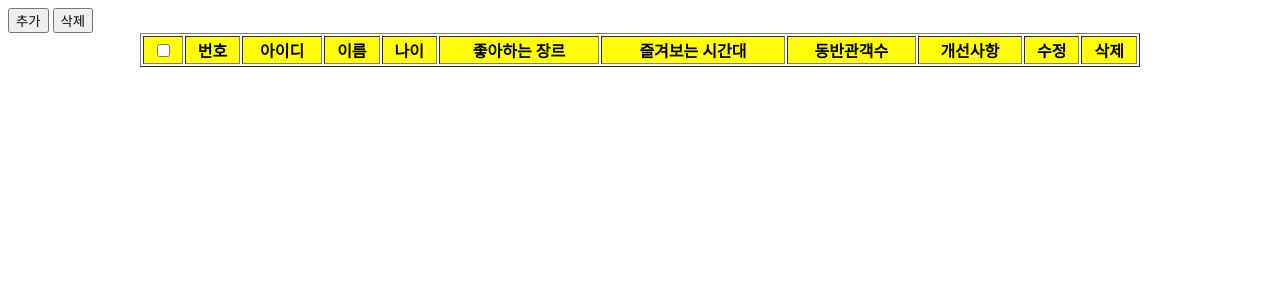
Repository: uj06134/Metabuild_JSP
Page: http://localhost/05_JDBC_movie/select.jsp
These files come from the project's save history. The page is drawn as it stood at one moment and after the next save; the edit follows.
The browser window is 1280 px wide. The pictures show the whole page.
The page is served by Tomcat 9. Other server files are loaded and not shown. Queries for data that is not in the repository find no rows.

Above is the page before, as saved 2025-09-12 08:10:26.

### 05_JDBC_movie/src/main/webapp/select.jsp
<%@ page language="java" contentType="text/html; charset=UTF-8"
    pageEncoding="UTF-8"%>
<%@ page import = "java.util.*" %>
<%@ page import = "myPkg.*" %>

<!-- MovieDao 객체 생성 -->
<jsp:useBean id="bdao" class="myPkg.MovieDao"/>

<!-- getAllMovie 메서드 호출 -->
<%
	ArrayList<MovieBean> list = bdao.getAllMovie();
%>

<style type="text/css">
    table {
        width: 1000px;
        margin: auto;
        text-align: center;
    }

    table th {
        background-color: Yellow;
    }
</style>
<script type="text/javascript">
	function allDelete(obj){
		rowcheck = document.getElementsByName("rowcheck");
		if(obj.checked){
			for(i=0;i<rowcheck.length;i+=1){
				rowcheck[i].checked = true;
			}
		}else{
			for(i=0;i<rowcheck.length;i+=1){
				rowcheck[i].checked = false;
			}
		}
	}// allDelete

	function selectDelete(){
		rowObj = document.getElementsByName("rowCheck");
        for(i=0; i<rowObj.length;i++){
            if(rowObj[i].checked){
                document.myform.submit();
                return;
            }
        }
        alert("check 하나라도 선택하세요.");
	}
</script>

<input type="button" value="추가" onClick="location.href='insertForm.jsp'">
<input type="button" value="삭제" onClick="selectDelete()">
<table border ="1">
	<tr>
		<th><input type="checkbox" name="allcheck" onClick="allDelete()"></th>
		<th>번호</th>
		<th>아이디</th>
		<th>이름</th>
		<th>나이</th>
		<th>좋아하는 장르</th>
		<th>즐겨보는 시간대</th>
		<th>동반관객수</th>
		<th>개선사항</th>
		<th>수정</th>
		<th>삭제</th>
	</tr>
		<%for(MovieBean mb : list){%>
		<tr>
			<td><input type="checkbox" name="rowcheck"></td>
			<td><%= mb.getNum()%></td>
			<td><%= mb.getId() %></td>
			<td><%= mb.getName() %></td>
			<td><%= mb.getAge() %></td>
			<td><%= mb.getGenre() %></td>
			<td><%= mb.getTime() %></td>
			<td><%= mb.getPartner() %></td>
			<td><%= mb.getMemo()%></td>
			<td><a href = "updateForm.jsp?num=<%= mb.getNum() %>">수정</a></td>
			<td><a href = "deleteProc.jsp?num=<%= mb.getNum() %>">삭제</a></td>

		</tr>
		<%} %>
</table>

### 05_JDBC_movie/src/main/java/myPkg/MovieDao.java
package myPkg;

import java.sql.Connection;
import java.sql.DriverManager;
import java.sql.PreparedStatement;
import java.sql.ResultSet;
import java.sql.SQLException;
import java.util.ArrayList;

public class MovieDao {
	String driver = "oracle.jdbc.driver.OracleDriver";
    String url = "jdbc:oracle:thin:@localhost:1521:orcl";
    String id = "sqlid";
    String pw = "sqlpw";
    Connection conn = null;
    PreparedStatement ps = null;
	ResultSet rs = null;

	public MovieDao() {
		try {
			Class.forName(driver);
			System.out.println("드라이버 성공");
		} catch (ClassNotFoundException e) {
			e.printStackTrace();
		}
	}

	public void getConnection() {
		try {
			conn = DriverManager.getConnection(url, id, pw);
			System.out.println("접속 성공");
		} catch (SQLException e) {
			e.printStackTrace();
		}
	}

	public ArrayList<MovieBean> getAllMovie() {
		getConnection();
		ArrayList<MovieBean> list = new ArrayList<MovieBean>();
		try {
			String sql = "select * from movie order by num";
			ps = conn.prepareStatement(sql);
			rs = ps.executeQuery();

			while(rs.next()) {
				int num = rs.getInt("num");
				String id = rs.getString("id");
				String name = rs.getString("name");
				int age = rs.getInt("age");
				String genre = rs.getString("genre");
				String time = rs.getString("time");
				int partner = rs.getInt("partner");
				String memo = rs.getString("memo");

				MovieBean mb = new MovieBean(num, id, name, age, genre, time, partner, memo);

				list.add(mb);
			}
		} catch (SQLException e) {
			e.printStackTrace();
		} finally {
			try {
				if(rs != null)
					rs.close();
				if(ps != null)
					ps.close();
				if(conn != null)
					conn.close();
			} catch(SQLException e) {
				e.printStackTrace();
			}
		}
		return list;
	}// getAllMovie

	public int insertMovie(MovieBean mb) {
		getConnection();
		int cnt = -1;
		String sql = "insert into movie values(mv_seq.nextval, ?, ?, ?, ?, ?, ?, ?)";
		try {
			ps = conn.prepareStatement(sql);
			ps.setString(1, mb.getId());
			ps.setString(2, mb.getName());
			ps.setInt(3, mb.getAge());
			ps.setString(4, mb.getGenre());
			ps.setString(5, mb.getTime());
			ps.setInt(6, mb.getPartner());
			ps.setString(7, mb.getMemo());

			cnt = ps.executeUpdate();
		} catch (SQLException e) {
			e.printStackTrace();
		} finally {
			try {
				if(ps != null)
					ps.close();
				if(conn != null)
					conn.close();
			} catch(SQLException e) {
				e.printStackTrace();
			}
		}
		return cnt;
	}// insertMovie

	public MovieBean getMovieByNum(String num) {
		getConnection();
		MovieBean mb = null;
		try {
			String sql = "select * from movie where num = ?";
			ps = conn.prepareStatement(sql);
			ps.setInt(1, Integer.parseInt(num));
			rs = ps.executeQuery();
			if(rs.next()) {
				int num2 = rs.getInt("num");
				String id = rs.getString("id");
				String name = rs.getString("name");
				int age = rs.getInt("age");
				String genre = rs.getString("genre");
				String time = rs.getString("time");
				int partner = rs.getInt("partner");
				String memo = rs.getString("memo");

				mb = new MovieBean(num2, id, name, age, genre, time, partner, memo);

			}
		} catch (SQLException e) {
			e.printStackTrace();
		} finally {
			try {
				if(rs != null)
					rs.close();
				if(ps != null)
					ps.close();
				if(conn != null)
					conn.close();
			} catch(SQLException e) {
				e.printStackTrace();
			}
		}
		return mb;
	}// getMovieByNum

	public int updateMovie(MovieBean mb) {
		getConnection();
		int cnt = -1;
		try {
			String sql = "update movie set id=?, name=?, age=?, genre=?, time=?, partner=?, memo=? where num=?";
			ps = conn.prepareStatement(sql);
			ps.setString(1, mb.getId());
			ps.setString(2, mb.getName());
			ps.setInt(3, mb.getAge());
			ps.setString(4, mb.getGenre());
			ps.setString(5, mb.getTime());
			ps.setInt(6, mb.getPartner());
			ps.setString(7, mb.getMemo());
			ps.setInt(8, mb.getNum());

			cnt = ps.executeUpdate();

		} catch (SQLException e) {
			e.printStackTrace();
		} finally {
			try {
				if(ps != null)
					ps.close();
				if(conn != null)
					conn.close();
			} catch(SQLException e) {
				e.printStackTrace();
			}
		}
	return cnt;
	}// updateMovie

	public boolean searchId(String userid){
		getConnection();
		boolean flag = false;
		try {
			String sql = "select * from movie where id=?";
			ps = conn.prepareStatement(sql);
			ps.setString(1, userid);
			rs = ps.executeQuery();
			while(rs.next()) {
				flag = true; // 이미 존재
			}
		} catch (SQLException e) {
			e.printStackTrace();
		} finally {
			try {
				if(rs != null)
					rs.close();
				if(ps != null)
					ps.close();
				if(conn != null)
					conn.close();
			} catch(SQLException e) {
				e.printStackTrace();
			}
		}
		return flag;
	}// searchId

	public int deleteMovie(String num) {
        getConnection();
        int cnt = -1;
        try {
        	String sql = "delete from movie where num = ?";
            ps = conn.prepareStatement(sql);
            ps.setInt(1, Integer.parseInt(num));
            cnt = ps.executeUpdate();
        } catch (SQLException e) {
            e.printStackTrace();
        }finally {
            try {
                if(conn != null) conn.close();
                if(ps != null) ps.close();
            } catch (SQLException e) {
                e.printStackTrace();
            }
        }
        return cnt;
    }// deleteMovie

}

After the next save:
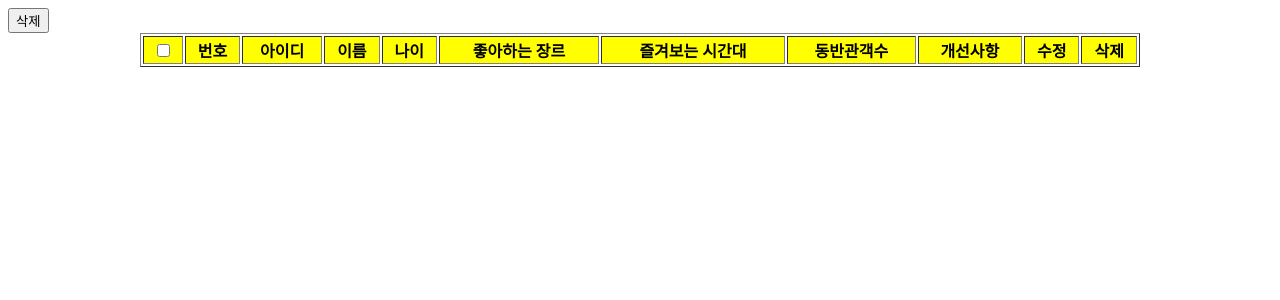
Saved 43 s later.
--- a/05_JDBC_movie/src/main/webapp/select.jsp
+++ b/05_JDBC_movie/src/main/webapp/select.jsp
@@ -47,7 +47,7 @@
         alert("check 하나라도 선택하세요.");
 	}
 </script>
-
+<form action = "multiDelete.jsp"
 <input type="button" value="추가" onClick="location.href='insertForm.jsp'">
 <input type="button" value="삭제" onClick="selectDelete()">
 <table border ="1">

After the 2 saves that followed:
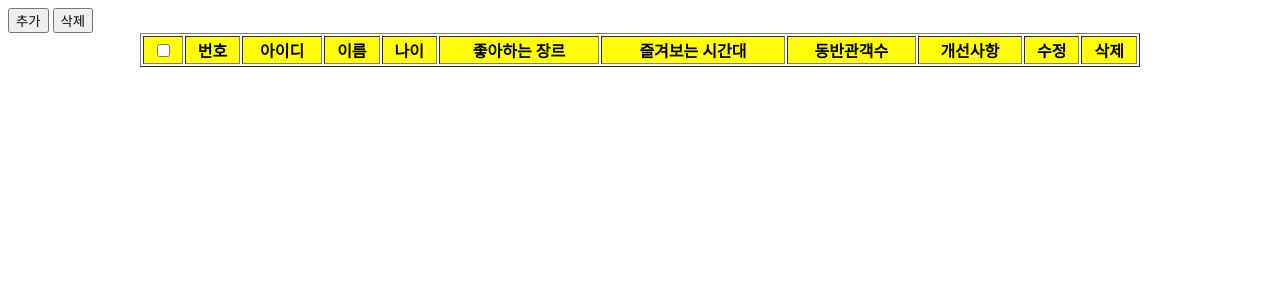
The 2 saves are shown as one change because they came seconds apart.
The last was saved 10 s later.
--- a/05_JDBC_movie/src/main/webapp/select.jsp
+++ b/05_JDBC_movie/src/main/webapp/select.jsp
@@ -47,7 +47,7 @@
         alert("check 하나라도 선택하세요.");
 	}
 </script>
-<form action = "multiDelete.jsp"
+<form action = "multiDelete.jsp" method="post"></form>
 <input type="button" value="추가" onClick="location.href='insertForm.jsp'">
 <input type="button" value="삭제" onClick="selectDelete()">
 <table border ="1">
